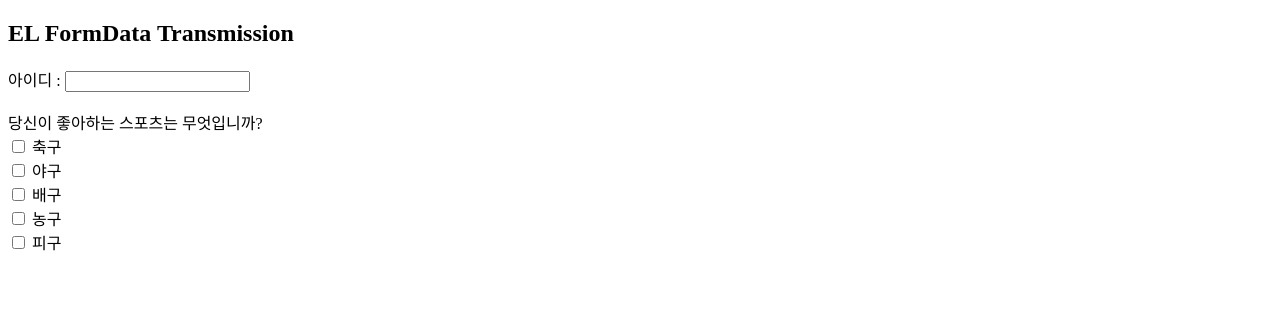
Repository: Rua1006/JSP
Page: http://localhost/practice02/05.ELDataForm.jsp
An editor plug-in stored every save of this project. The page is shown before and after the next save, followed by the edit.
The browser window is 1280 px wide. The pictures show the whole page.
The page is served by Tomcat 9. Other server files are loaded and not shown.

Above is the page before, as saved 2022-11-10 04:46:04.

### practice02/WebContent/05.ELDataForm.jsp
<%@ page language="java" contentType="text/html; charset=UTF-8"
    pageEncoding="UTF-8"%>
<%@ taglib prefix="c" uri="http://java.sun.com/jsp/jstl/core" %>
<%@ taglib prefix="fmt" uri="http://java.sun.com/jsp/jstl/fmt" %>
<%@ page import ="java.util.*" %>
<%@ page import ="java.text.*, java.net.InetAddress" %>
<%@ page import ="com.example.*" %>
<%@ include file = "common.jsp" %>
<%
	pageContext.setAttribute("pname", "강병수");
	request.setAttribute("rname", "김진수");
	session.setAttribute("sname", "장다인");
	application.setAttribute("aname", "이하늘");
%>
<!DOCTYPE html>
<html>
<head>
<meta charset="UTF-8">
<title>05ELDataForm</title>
</head>
<body>
	<h2>EL FormData Transmission</h2>
	<form action="05ELParam" method="post">
		<label for="id">아이디</label> :
		<input type="text" name="id"><br><br>
		당신이 좋아하는 스포츠는 무엇입니까?<br>
		<input type="checkbox" id="hobby1" name="hobby" value="축구">
		<label for="hobby1">축구</label><br>
		<input type="checkbox" id="hobby2" name="hobby" value="야구">
		<label for="hobby2">야구</label><br>
		<input type="checkbox" id="hobby3" name="hobby" value="배구">
		<label for="hobby3">배구</label><br>
		<input type="checkbox" id="hobby4" name="hobby" value="농구">
		<label for="hobby4">농구</label><br>
		<input type="checkbox" id="hobby5" name="hobby" value="피구">
		<label for="hobby5">피구</label><br>
	</form>
</body>
</html>

Loaded but not shown: practice02/WebContent/common.jsp (common file)

After the next save:
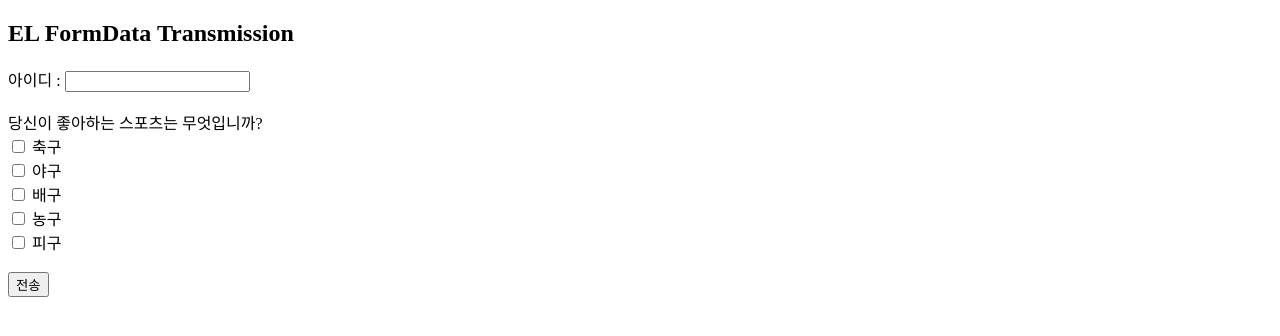
Saved 39 s later.
--- a/practice02/WebContent/05.ELDataForm.jsp
+++ b/practice02/WebContent/05.ELDataForm.jsp
@@ -33,7 +33,8 @@
 		<input type="checkbox" id="hobby4" name="hobby" value="농구">
 		<label for="hobby4">농구</label><br>
 		<input type="checkbox" id="hobby5" name="hobby" value="피구">
-		<label for="hobby5">피구</label><br>
+		<label for="hobby5">피구</label><br><br>
+		<input type="submit" value="전송">&nbsp;
 	</form>
 </body>
 </html>
